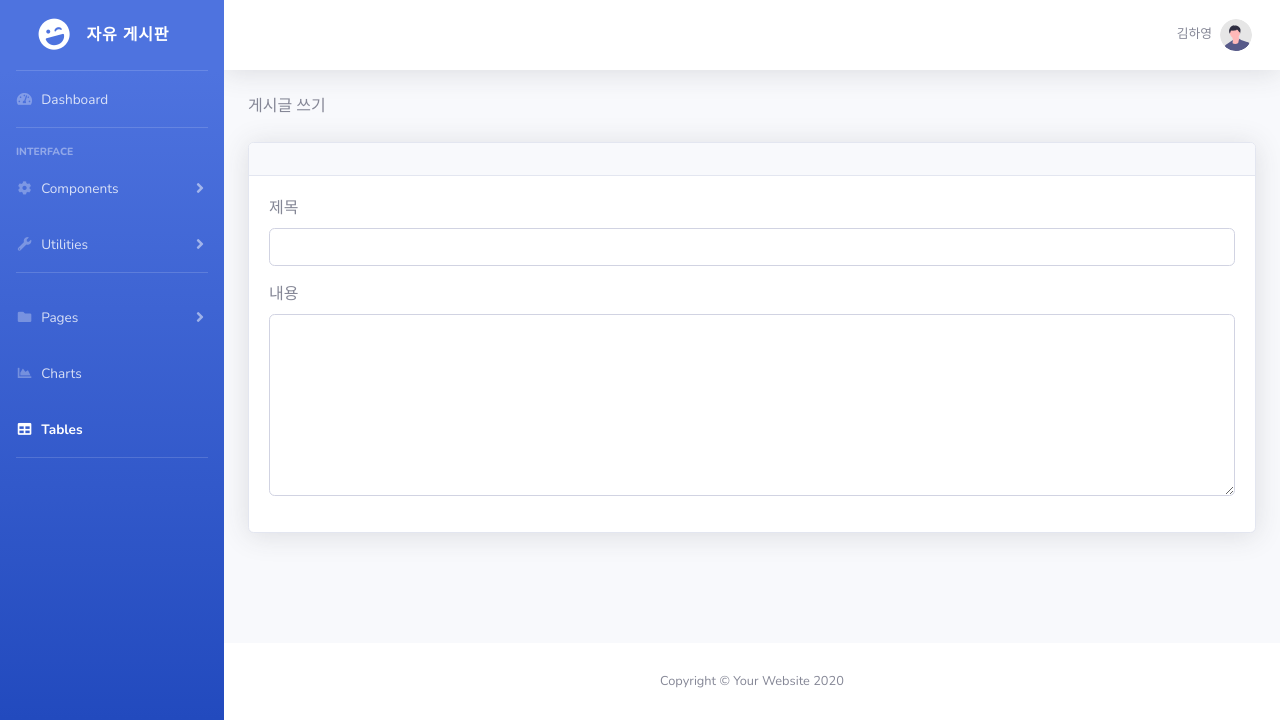
Repository: kimhayoungee/restBoard
Page: http://localhost/board/WEB-INF/views/board/register.jsp
An editor plug-in stored every save of this project. The page is shown before and after the next save, followed by the edit.
The browser window is 1280 px wide. The pictures show the whole page.
The page is served by Tomcat 9. Nobody is signed in. Other server files are loaded and not shown. The template is opened directly, without the code that normally fills it, so the values that code supplies are empty.

Above is the page before, as saved 2021-03-03 17:56:20.

### board/src/main/webapp/WEB-INF/views/board/register.jsp
<%@ page language="java" contentType="text/html; charset=UTF-8"
    pageEncoding="UTF-8"%>
<!DOCTYPE html>
<html lang="en">

<head>
	<%@include file="../includes/header.jsp" %>
	<title>게시글 작성</title>
</head>

<body id="page-top">

    <!-- Page Wrapper -->
    <div id="wrapper">

        <!-- Sidebar -->
        <ul class="navbar-nav bg-gradient-primary sidebar sidebar-dark accordion" id="accordionSidebar">

            <!-- Sidebar - Brand -->
            <a class="sidebar-brand d-flex align-items-center justify-content-center" href="index.html">
                <div class="sidebar-brand-icon rotate-n-15">
                    <i class="fas fa-laugh-wink"></i>
                </div>
                <div class="sidebar-brand-text mx-3">자유 게시판</div>
            </a>

            <!-- Divider -->
            <hr class="sidebar-divider my-0">

            <!-- Nav Item - Dashboard -->
            <li class="nav-item">
                <a class="nav-link" href="index.html">
                    <i class="fas fa-fw fa-tachometer-alt"></i>
                    <span>Dashboard</span></a>
            </li>

            <!-- Divider -->
            <hr class="sidebar-divider">

            <!-- Heading -->
            <div class="sidebar-heading">
                Interface
            </div>

            <!-- Nav Item - Pages Collapse Menu -->
            <li class="nav-item">
                <a class="nav-link collapsed" href="#" data-toggle="collapse" data-target="#collapseTwo"
                    aria-expanded="true" aria-controls="collapseTwo">
                    <i class="fas fa-fw fa-cog"></i>
                    <span>Components</span>
                </a>
                <div id="collapseTwo" class="collapse" aria-labelledby="headingTwo" data-parent="#accordionSidebar">
                    <div class="bg-white py-2 collapse-inner rounded">
                        <h6 class="collapse-header">Custom Components:</h6>
                        <a class="collapse-item" href="buttons.html">Buttons</a>
                        <a class="collapse-item" href="cards.html">Cards</a>
                    </div>
                </div>
            </li>

            <!-- Nav Item - Utilities Collapse Menu -->
            <li class="nav-item">
                <a class="nav-link collapsed" href="#" data-toggle="collapse" data-target="#collapseUtilities"
                    aria-expanded="true" aria-controls="collapseUtilities">
                    <i class="fas fa-fw fa-wrench"></i>
                    <span>Utilities</span>
                </a>
                <div id="collapseUtilities" class="collapse" aria-labelledby="headingUtilities"
                    data-parent="#accordionSidebar">
                    <div class="bg-white py-2 collapse-inner rounded">
                        <h6 class="collapse-header">Custom Utilities:</h6>
                        <a class="collapse-item" href="utilities-color.html">Colors</a>
                        <a class="collapse-item" href="utilities-border.html">Borders</a>
                        <a class="collapse-item" href="utilities-animation.html">Animations</a>
                        <a class="collapse-item" href="utilities-other.html">Other</a>
                    </div>
                </div>
            </li>

            <!-- Divider -->
            <hr class="sidebar-divider">

            <!-- Nav Item - Pages Collapse Menu -->
            <li class="nav-item">
                <a class="nav-link collapsed" href="#" data-toggle="collapse" data-target="#collapsePages"
                    aria-expanded="true" aria-controls="collapsePages">
                    <i class="fas fa-fw fa-folder"></i>
                    <span>Pages</span>
                </a>
                <div id="collapsePages" class="collapse" aria-labelledby="headingPages" data-parent="#accordionSidebar">
                    <div class="bg-white py-2 collapse-inner rounded">
                        <h6 class="collapse-header">Login Screens:</h6>
                        <a class="collapse-item" href="login.html">Login</a>
                        <a class="collapse-item" href="register.html">Register</a>
                        <a class="collapse-item" href="forgot-password.html">Forgot Password</a>
                        <div class="collapse-divider"></div>
                        <h6 class="collapse-header">Other Pages:</h6>
                        <a class="collapse-item" href="404.html">404 Page</a>
                        <a class="collapse-item" href="blank.html">Blank Page</a>
                    </div>
                </div>
            </li>

            <!-- Nav Item - Charts -->
            <li class="nav-item">
                <a class="nav-link" href="charts.html">
                    <i class="fas fa-fw fa-chart-area"></i>
                    <span>Charts</span></a>
            </li>

            <!-- Nav Item - Tables -->
            <li class="nav-item active">
                <a class="nav-link" href="tables.html">
                    <i class="fas fa-fw fa-table"></i>
                    <span>Tables</span></a>
            </li>

            <!-- Divider -->
            <hr class="sidebar-divider d-none d-md-block">

        </ul>
        <!-- End of Sidebar -->

        <!-- Content Wrapper -->
        <div id="content-wrapper" class="d-flex flex-column">

            <!-- Main Content -->
            <div id="content">

                <!-- Topbar -->
                <nav class="navbar navbar-expand navbar-light bg-white topbar mb-4 static-top shadow">

                    <!-- Sidebar Toggle (Topbar) -->
                    <form class="form-inline">
                        <button id="sidebarToggleTop" class="btn btn-link d-md-none rounded-circle mr-3">
                            <i class="fa fa-bars"></i>
                        </button>
                    </form>

                    <!-- Topbar Navbar -->
                    <ul class="navbar-nav ml-auto">

                        <!-- Nav Item - User Information -->
                        <li class="nav-item dropdown no-arrow">
                            <a class="nav-link dropdown-toggle" href="#" id="userDropdown" role="button"
                                data-toggle="dropdown" aria-haspopup="true" aria-expanded="false">
                                <span class="mr-2 d-none d-lg-inline text-gray-600 small">김하영</span>
                                <img class="img-profile rounded-circle"
                                    src="/resources/img/undraw_profile.svg">
                            </a>
                            <!-- Dropdown - User Information -->
                            <div class="dropdown-menu dropdown-menu-right shadow animated--grow-in"
                                aria-labelledby="userDropdown">
                                <a class="dropdown-item" href="#">
                                    <i class="fas fa-user fa-sm fa-fw mr-2 text-gray-400"></i>
                                    Profile
                                </a>
                                <a class="dropdown-item" href="#">
                                    <i class="fas fa-cogs fa-sm fa-fw mr-2 text-gray-400"></i>
                                    Settings
                                </a>
                                <div class="dropdown-divider"></div>
                                <a class="dropdown-item" href="#" data-toggle="modal" data-target="#logoutModal">
                                    <i class="fas fa-sign-out-alt fa-sm fa-fw mr-2 text-gray-400"></i>
                                    Logout
                                </a>
                            </div>
                        </li>

                    </ul>

                </nav>
                <!-- End of Topbar -->

                <!-- Begin Page Content -->
                <div class="container-fluid">

                    <!-- Page Heading -->
                  <!--   <h1 class="h3 mb-2 text-gray-800">게시글 쓰기</h1> -->
                    <p class="mb-4">게시글 쓰기</p>

                    <!-- DataTales Example -->
                    <div class="card shadow mb-4">
                        <div class="card-header py-3">

                        </div>
                        <div class="card-body">
                        <form action="/board/register" method="post">
                        	<div class="form-group">
                        		<label>제목</label> <input class="form-control" name='btitle'>
                        	</div>

                        	<div class="form-group">
                        		<label>내용</label> <textarea class="form-control" rows="7" name='bcontent'></textarea>
                        	</div>
                        </form>
                        </div>
                    </div>

                </div>
                <!-- /.container-fluid -->

            </div>
            <!-- End of Main Content -->

            <!-- Footer -->
            <footer class="sticky-footer bg-white">
                <div class="container my-auto">
                    <div class="copyright text-center my-auto">
                        <span>Copyright &copy; Your Website 2020</span>
                    </div>
                </div>
            </footer>
            <!-- End of Footer -->

        </div>
        <!-- End of Content Wrapper -->

    </div>
    <!-- End of Page Wrapper -->

	<%@include file="../includes/footer.jsp" %>
</body>

</html>

### board/src/main/webapp/WEB-INF/views/includes/header.jsp
    <meta charset="utf-8">
    <meta http-equiv="X-UA-Compatible" content="IE=edge">
    <meta name="viewport" content="width=device-width, initial-scale=1, shrink-to-fit=no">
    <meta name="description" content="">
    <meta name="author" content="">

    <!-- Custom fonts for this template -->
    <link href="/resources/vendor/fontawesome-free/css/all.min.css" rel="stylesheet" type="text/css">
    <link
        href="https://fonts.googleapis.com/css?family=Nunito:200,200i,300,300i,400,400i,600,600i,700,700i,800,800i,900,900i"
        rel="stylesheet">

    <!-- Custom styles for this template -->
    <link href="/resources/css/sb-admin-2.min.css" rel="stylesheet">

    <!-- Custom styles for this page -->
    <link href="/resources/vendor/datatables/dataTables.bootstrap4.min.css" rel="stylesheet">

    <script src="https://ajax.googleapis.com/ajax/libs/jquery/3.5.1/jquery.min.js"></script>

### board/src/main/webapp/WEB-INF/views/includes/footer.jsp
    <!-- Scroll to Top Button-->
    <a class="scroll-to-top rounded" href="#page-top">
        <i class="fas fa-angle-up"></i>
    </a>

    <!-- Logout Modal-->
    <div class="modal fade" id="logoutModal" tabindex="-1" role="dialog" aria-labelledby="exampleModalLabel"
        aria-hidden="true">
        <div class="modal-dialog" role="document">
            <div class="modal-content">
                <div class="modal-header">
                    <h5 class="modal-title" id="exampleModalLabel">Ready to Leave?</h5>
                    <button class="close" type="button" data-dismiss="modal" aria-label="Close">
                        <span aria-hidden="true">×</span>
                    </button>
                </div>
                <div class="modal-body">Select "Logout" below if you are ready to end your current session.</div>
                <div class="modal-footer">
                    <button class="btn btn-secondary" type="button" data-dismiss="modal">Cancel</button>
                    <a class="btn btn-primary" href="login.html">Logout</a>
                </div>
            </div>
        </div>
    </div>

    <!-- Bootstrap core JavaScript-->
<!--<script src="/resources/vendor/jquery/jquery.min.js"></script> -->
    <script src="/resources/vendor/bootstrap/js/bootstrap.bundle.min.js"></script>

    <!-- Core plugin JavaScript-->
    <script src="/resources/vendor/jquery-easing/jquery.easing.min.js"></script>

    <!-- Custom scripts for all pages-->
    <script src="/resources/js/sb-admin-2.min.js"></script>

    <!-- Page level plugins -->
    <script src="/resources/vendor/datatables/jquery.dataTables.min.js"></script>
    <script src="/resources/vendor/datatables/dataTables.bootstrap4.min.js"></script>

    <!-- Page level custom scripts -->
    <script src="/resources/js/demo/datatables-demo.js"></script>

    <script>
    	$(document).ready(function(){

    		$('#dataTables-example').DataTable({
    			responsive: true
    		});

    		$(".sidebar-nav").attr("class", "sidebar-nav navbar-collapse collapse")
    		                 .attr("aria-expanded", 'false')
    		                 .attr("style", "height:1px");
    	});
    </script>

### board/src/main/webapp/resources/img/undraw_profile.svg
<?xml version="1.0" encoding="utf-8"?>
<!-- Generator: Adobe Illustrator 25.0.0, SVG Export Plug-In . SVG Version: 6.00 Build 0)  -->
<svg version="1.1" id="Layer_1" xmlns="http://www.w3.org/2000/svg" xmlns:xlink="http://www.w3.org/1999/xlink" x="0px" y="0px"
	 viewBox="0 0 108.3 108.3" style="enable-background:new 0 0 108.3 108.3;" xml:space="preserve">
<style type="text/css">
	.st0{fill:#E6E6E6;}
	.st1{fill:#FFB8B8;}
	.st2{fill:#575A89;}
	.st3{fill:#2F2E41;}
</style>
<g id="Group_45" transform="translate(-191 -152.079)">
	<g id="Group_30" transform="translate(282.246 224.353)">
		<path id="Path_944" class="st0" d="M17.1-18.1c0,10.5-3,20.8-8.8,29.6c-1.2,1.9-2.5,3.6-4,5.3c-3.4,4-7.3,7.4-11.6,10.3
			c-1.2,0.8-2.4,1.5-3.6,2.2c-6.5,3.6-13.7,5.8-21,6.5c-1.7,0.2-3.4,0.2-5.1,0.2c-4.7,0-9.4-0.6-14-1.8c-2.6-0.7-5.1-1.6-7.6-2.6
			c-1.3-0.5-2.5-1.1-3.7-1.8c-2.9-1.5-5.6-3.3-8.2-5.3c-1.2-0.9-2.3-1.9-3.4-2.9C-95.8,1.3-97.1-33-76.8-54.9s54.6-23.3,76.5-2.9
			C10.8-47.6,17.1-33.2,17.1-18.1L17.1-18.1z"/>
		<path id="Path_945" class="st1" d="M-50.2-13.2c0,0,4.9,13.7,1.1,21.4s6,16.4,6,16.4s25.8-13.1,22.5-19.7s-8.8-15.3-7.7-20.8
			L-50.2-13.2z"/>
		<ellipse id="Ellipse_185" class="st1" cx="-40.6" cy="-25.5" rx="17.5" ry="17.5"/>
		<path id="Path_946" class="st2" d="M-51.1,34.2c-2.6-0.7-5.1-1.6-7.6-2.6l0.5-13.3l4.9-11c1.1,0.9,2.3,1.6,3.5,2.3
			c0.3,0.2,0.6,0.3,0.9,0.5c4.6,2.2,12.2,4.2,19.5-1.3c2.7-2.1,5-4.7,6.7-7.6L-8.8,9l0.7,8.4l0.8,9.8c-1.2,0.8-2.4,1.5-3.6,2.2
			c-6.5,3.6-13.7,5.8-21,6.5c-1.7,0.2-3.4,0.2-5.1,0.2C-41.8,36.1-46.5,35.4-51.1,34.2z"/>
		<path id="Path_947" class="st2" d="M-47.7-0.9L-47.7-0.9l-0.7,7.2l-0.4,3.8l-0.5,5.6l-1.8,18.5c-2.6-0.7-5.1-1.6-7.6-2.6
			c-1.3-0.5-2.5-1.1-3.7-1.8c-2.9-1.5-5.6-3.3-8.2-5.3l-1.9-9l0.1-0.1L-47.7-0.9z"/>
		<path id="Path_948" class="st2" d="M-10.9,29.3c-6.5,3.6-13.7,5.8-21,6.5c0.4-6.7,1-13.1,1.6-18.8c0.3-2.9,0.7-5.7,1.1-8.2
			c1.2-8,2.5-13.5,3.4-14.2l6.1,4L4.9,7.3l-0.5,9.5c-3.4,4-7.3,7.4-11.6,10.3C-8.5,27.9-9.7,28.7-10.9,29.3z"/>
		<path id="Path_949" class="st2" d="M-70.5,24.6c-1.2-0.9-2.3-1.9-3.4-2.9l0.9-6.1l0.7-0.1l3.1-0.4l6.8,14.8
			C-65.2,28.3-67.9,26.6-70.5,24.6L-70.5,24.6z"/>
		<path id="Path_950" class="st2" d="M8.3,11.5c-1.2,1.9-2.5,3.6-4,5.3c-3.4,4-7.3,7.4-11.6,10.3c-1.2,0.8-2.4,1.5-3.6,2.2l-0.6-2.8
			l3.5-9.1l4.2-11.1l8.8,1.1C6.1,8.7,7.2,10.1,8.3,11.5z"/>
		<path id="Path_951" class="st3" d="M-23.9-41.4c-2.7-4.3-6.8-7.5-11.6-8.9l-3.6,2.9l1.4-3.3c-1.2-0.2-2.3-0.2-3.5-0.2l-3.2,4.1
			l1.3-4c-5.6,0.7-10.7,3.7-14,8.3c-4.1,5.9-4.8,14.1-0.8,20c1.1-3.4,2.4-6.6,3.5-9.9c0.9,0.1,1.7,0.1,2.6,0l1.3-3.1l0.4,3
			c4.2-0.4,10.3-1.2,14.3-1.9l-0.4-2.3l2.3,1.9c1.2-0.3,1.9-0.5,1.9-0.7c2.9,4.7,5.8,7.7,8.8,12.5C-22.1-29.8-20.2-35.3-23.9-41.4z"
			/>
		<ellipse id="Ellipse_186" class="st1" cx="-24.9" cy="-26.1" rx="1.2" ry="2.4"/>
	</g>
</g>
</svg>

Loaded but not shown: board/src/main/webapp/resources/css/sb-admin-2.min.css (library); board/src/main/webapp/resources/js/sb-admin-2.min.js (common file); board/src/main/webapp/resources/js/demo/datatables-demo.js (common file)

After the next save:
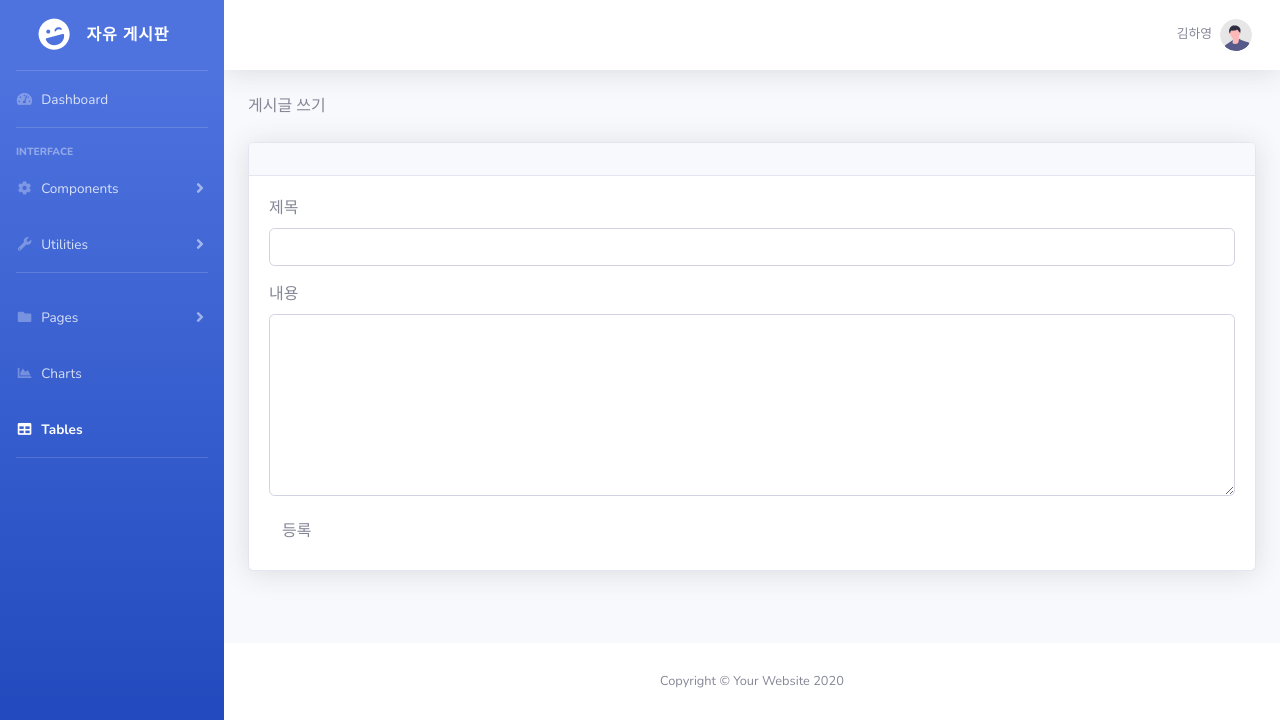
Saved 52 s later.
--- a/board/src/main/webapp/WEB-INF/views/board/register.jsp
+++ b/board/src/main/webapp/WEB-INF/views/board/register.jsp
@@ -193,6 +193,8 @@
                         	<div class="form-group">
                         		<label>내용</label> <textarea class="form-control" rows="7" name='bcontent'></textarea>
                         	</div>
+
+                        	<button type="submit" class="btn btn-default">등록</button>
                         </form>
                         </div>
                     </div>
